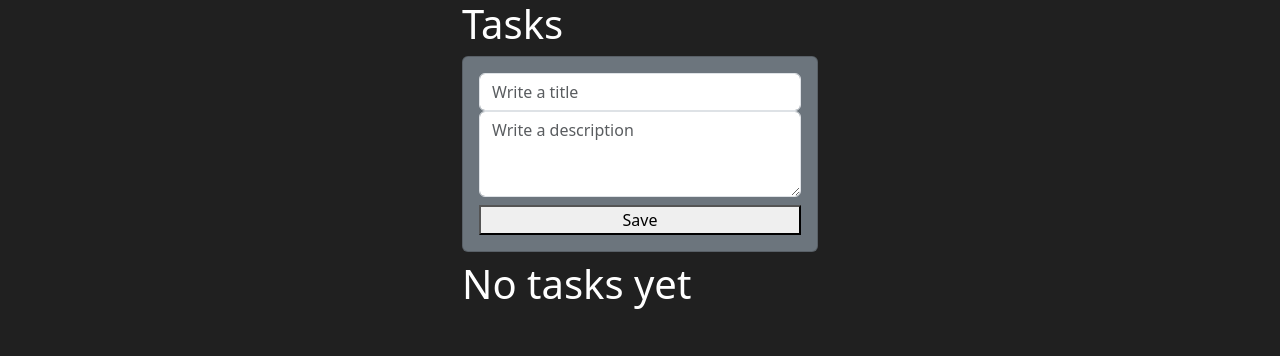
Repository: ChemsJam/django_postgres_todo
Page: http://localhost/tasks/
The author's editor kept a copy of each file at every save. The page is drawn from the files as they stood at one save, then again after the next save.
The browser window is 1280 px wide. The pictures show the whole page.
The page is served by the project's application, run on Django 5.2 (manage.py). Queries for data that is not in the repository find no rows.

Above is the page before, as saved 2024-08-19 15:49:51.

After the next save:
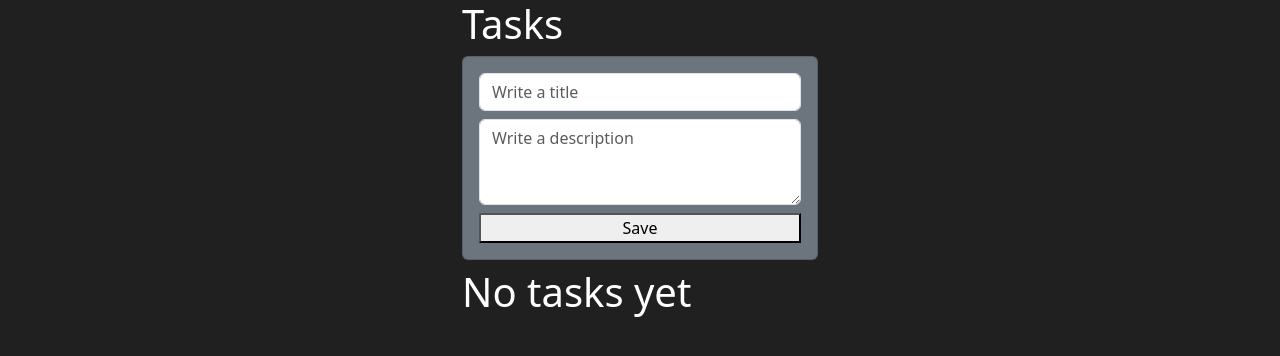
Saved 13 s later.
--- a/tasks/templates/TasksList.html
+++ b/tasks/templates/TasksList.html
@@ -18,7 +18,7 @@
                 </h1>
                 <form action={% url 'create_tasks' %} method="POST" class="card card-body bg-secondary mb-2">
                 {% csrf_token %}
-                <input type="text" name="tittle" placeholder="Write a title" class="form-control">
+                <input type="text" name="tittle" placeholder="Write a title" class="form-control mb-2">
 
                 <textarea name="description" rows="3" placeholder="Write a description" class="form-control mb-2"></textarea>
 
